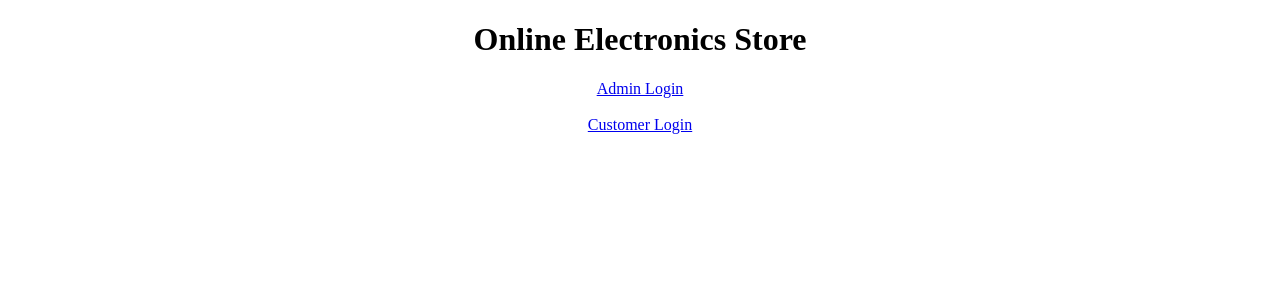
Repository: vaibhavahi017/Registration-Form-by-adv-java
Page: ECommerce/src/main/webapp/index.html
An editor plug-in stored every save of this project. The page is shown before and after the next save, followed by the edit.
The browser window is 1280 px wide. The pictures show the whole page.

Above is the page before, as saved 2026-10-26 08:33:02.

After the next save:
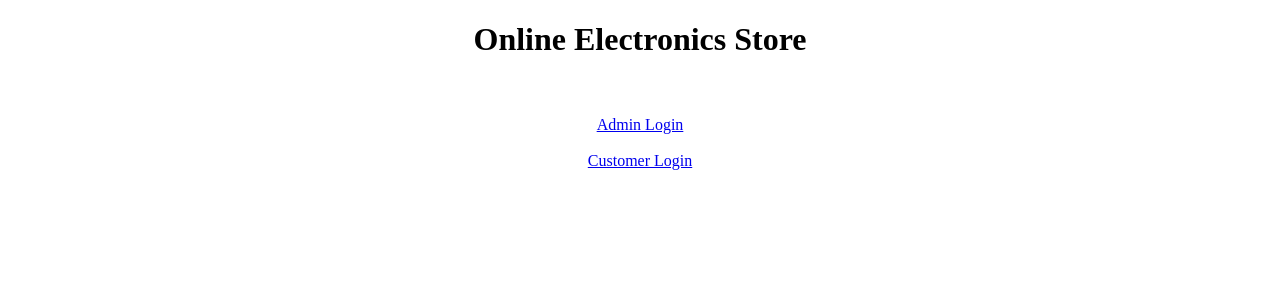
Saved 9 s later.
--- a/ECommerce/src/main/webapp/index.html
+++ b/ECommerce/src/main/webapp/index.html
@@ -6,7 +6,7 @@
 </head>
 <body>
 		<center>
-		  <h1>Online Electronics Store </h1>
+		  <h1>Online Electronics Store </h1><br><br>
 
 		  <a href="AdminLogin.html">Admin Login</a><br><br>
 		  <a href="CustomerLogin.html">Customer Login</a>
